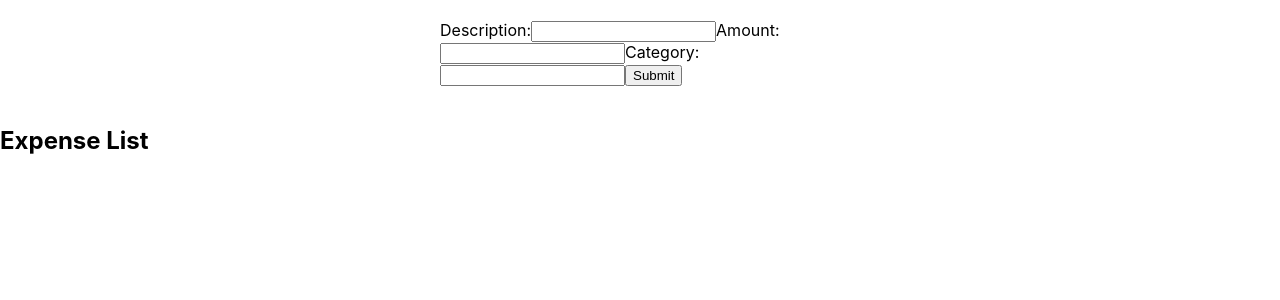
Repository: Victor-MGB/basic-expense-tracker
Page: / (app in expense-tracker/)
The author's editor kept a copy of each file at every save. The page is drawn from the files as they stood at one save, then again after a run of saves.
The browser window is 1280 px wide. The pictures show the whole page.
The project was rebuilt for these pictures with package versions that can differ from the ones it lists, and the page was loaded fresh each time. Also part of the build but not shown: expense-tracker/src/component/ExpenseItem.js.

Above is the page before, as saved 2023-12-10 22:39:42.

After the next 3 saves:
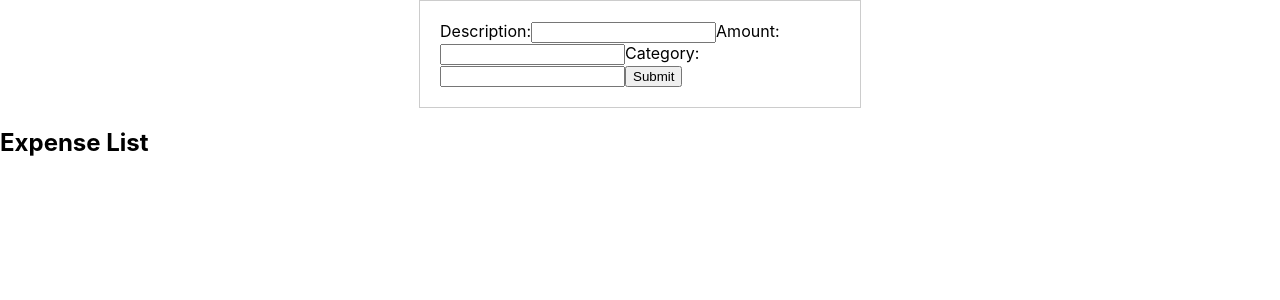
The 3 saves are shown as one change because they came seconds apart.
The last was saved 7 s later.
--- a/expense-tracker/src/component/ExpenseForm.js
+++ b/expense-tracker/src/component/ExpenseForm.js
@@ -44,7 +44,7 @@ export function ExpenseForm({onAddExpense}) {
         maxWidth:'400px',
         margin:'auto',
         padding:'20px',
-        border:''
+        border:'1px solid #ccc'
     }
 
     return (
